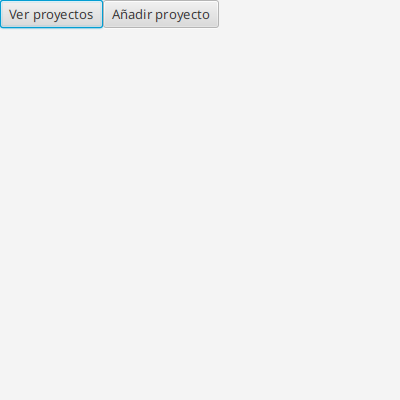
Repository: anxoportela/PROG
Program's window: java Java_Interfaz/ProyectoJavaFX/src/com/acarballeira/javaFX/ejemplo8/App.java
An editor plug-in stored every save of this project. The program's window is shown before and after the next save, followed by the edit.
It runs on Java 21 on a 1366 x 768 screen with JavaFX 11; the title bar is not drawn.

Above is the program's window before, as saved 2020-03-04 21:02:08.

After the next save:
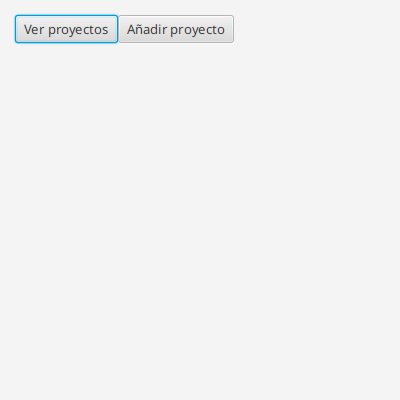
Saved 3 min 4 s later.
--- a/Java_Interfaz/ProyectoJavaFX/src/com/acarballeira/javaFX/ejemplo8/App.java
+++ b/Java_Interfaz/ProyectoJavaFX/src/com/acarballeira/javaFX/ejemplo8/App.java
@@ -1,6 +1,7 @@
 package com.acarballeira.javaFX.ejemplo8;
 
 import javafx.application.Application;
+import javafx.geometry.Insets;
 import javafx.geometry.Pos;
 import javafx.scene.Scene;
 import javafx.scene.control.Button;
@@ -34,6 +35,7 @@
 		HBox hbox = new HBox();
 		Button btn1 = new Button("Ver proyectos");
 		Button btn2 = new Button("Añadir proyecto");
+		hbox.setPadding(new Insets(15, 15, 15, 15));
 		hbox.getChildren().addAll(btn1,btn2);
 		return hbox;
 	}
